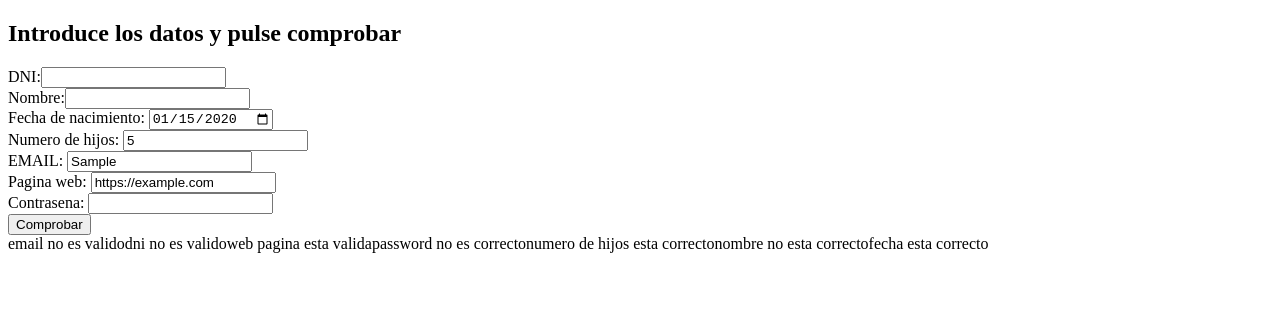
Repository: KoTvTrysaX01/2DAW-Desarrollo-WEB-en-Entorno-Cliente
Page: JAVASCRIPT/UD2/practica5/Actividad1/index.html
These files come from the project's save history. The page is drawn as it stood at one moment and after a run of saves; the edit follows.
The browser window is 1280 px wide. The pictures show the whole page.
Empty fields were first filled with sample values (such as "Sample", 5 or name@example.com).
After loading, the first visible `#registartionForm` was submitted once.

Above is the page before, as saved 2025-11-01 16:52:54.

### JAVASCRIPT/UD2/practica5/Actividad1/index.html
<!DOCTYPE html>
<html>
  <body>
    <h2>Introduce los datos y pulse comprobar</h2>
    <form id = "registartionForm" name="form1" method="post" action="" target=" _blank">
        DNI:<input id="dni" type="text" name="dni" ><br>
        Nombre:<input id="nombre" type="text" name="nombre" ><br>
        Fecha de nacimiento: <input id="fecha" type="date" name="fecha" ><br>
        Numero de hijos: <input type="number" name="hijos" id = "hijos" min = "0"><br>
        EMAIL: <input id = "email" type="text" name="email" ><br>
        Pagina web: <input type="url" name="web" id = "pagina" placeholder="http://www.ejemplo.com" required><br>
        Contrasena: <input type="text" name="contrasena" id = "password" ><br>
        <input type="submit" value = "Comprobar">
    </form>


    <div id="errorMessages"></div>
    <script src="script.js"></script>
  </body>
</html>

### JAVASCRIPT/UD2/practica5/Actividad1/script.js
let form = document.getElementById("registartionForm");
let emailInput = document.getElementById("email");
let error = document.getElementById("errorMessages");
let dni = document.getElementById("dni")
let passw = document.getElementById("password")
let web = document.getElementById("pagina")
let hijos = document.getElementById("hijos")
let nombreInput = document.getElementById("nombre")
let fecha = document.getElementById("fecha")
form.addEventListener("submit", (e) => {
  e.preventDefault();
  const emailForm = emailInput.value.trim();
  const password = passw.value.trim()
  function validEmail(emailForm) {
    return /^[a-z]*[@]{1}[a-z]*[\.]{1}[a-z]{2,3}$/g.test(emailForm);

  }
    function esValido(emailForm) {
      if (validEmail(emailForm)) {
        error.innerHTML = "email  e valido";
      } else {
        error.innerHTML = "email no es valido";
      }
    }
    esValido(emailForm);

    function validarDni(dni) {

      return /^[XYZ]?\d{5,8}[TRWAGMYFPDXBNJZSQVHLCKET]$/.test(dni)
    }
    function esValidoDni() {
      const valor = dni.value.trim();
      if (validarDni(valor)) {
        error.innerHTML += "dni es valido"
      } else {
        error.innerHTML += "dni no es valido"
        dni.value = ""
      }
    }
    esValidoDni()

    function validWeb(url) {
          return /^https?:\/\/(?:www\.)?[a-zA-Z0-9\-]+\.[a-zA-Z]{2,}(?:\/.*)?$/.test(url);
        }
    function esValidoWeb() {
      const urlvalid = web.value.trim()
      if(validWeb(urlvalid)) {
        error.innerHTML +="web pagina esta valida"
      } else {
        error.innerHTML += "web pagina no esta valida"
        web.value = " "

      }
    }
    esValidoWeb()

     function validarContrasena(passwor) {
      var p = passwor.length
      if(p <8 && p >10) {
        error.innerHTML += "password es correcto<br>"
      } else {
         error.innerHTML += "password  no es correcto"
         passw.value = ""
      }
     }
     validarContrasena(password)

     function validHijos(hijos) {
      if(hijos.value.length >=0 || hijos.value.length <= 10) {
         error.innerHTML += "numero de hijos esta correcto"
      } else {
         error.innerHTML += "numero de hijos no esta correcto"
         hijos.value = ""
      }
     }
     validHijos(hijos)
    const nom = nombreInput.value.trim()
     function validNombre(nombres) {
      return /^[a-zA-ZáéíóúÁÉÍÓÚñÑ]{2,40}( [a-zA-ZáéíóúÁÉÍÓÚñÑ]{2,40}){1,3}$/.test(nombres)
     }
     function isvalidNombre(nombres){
      if(validNombre(nombres)) {
         error.innerHTML += "nombre esta correcto"
      } else {
         error.innerHTML += "nombre no esta correcto"
         nombreInput.value = ""
      }
      }
     isvalidNombre(nom)

     const fechaValor = fecha.value.trim();

     function validFecha(fecha) {
          return /^(19|20)\d{2}-(0[1-9]|1[0-2])-(0[1-9]|[12]\d|3[01])$/.test(fecha)
     }
     function esValidFecha(fecha) {
      if (validFecha(fecha)) {
         error.innerHTML += "fecha esta correcto"
      } else {
         error.innerHTML += "fecha no esta correcto"
         fecha.value= ""
      }
     }
     console.log(fechaValor)

     esValidFecha(fechaValor)


});

After the next 2 saves:
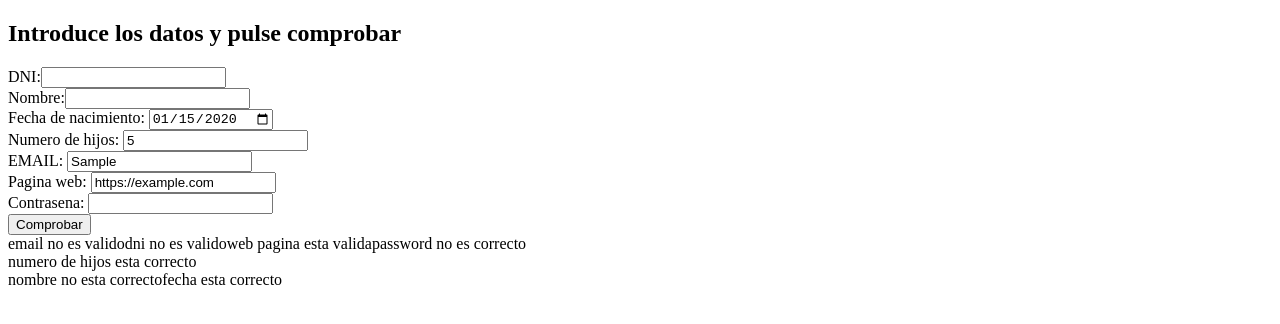
The 2 saves are shown as one change because they came seconds apart.
The last was saved 8 s later.
--- a/JAVASCRIPT/UD2/practica5/Actividad1/script.js
+++ b/JAVASCRIPT/UD2/practica5/Actividad1/script.js
@@ -59,7 +59,7 @@ form.addEventListener("submit", (e) => {
       if(p <8 && p >10) {
         error.innerHTML += "password es correcto<br>"
       } else {
-         error.innerHTML += "password  no es correcto"
+         error.innerHTML += "password  no es correcto<br>"
          passw.value = ""
       }
      }
@@ -67,7 +67,7 @@ form.addEventListener("submit", (e) => {
 
      function validHijos(hijos) {
       if(hijos.value.length >=0 || hijos.value.length <= 10) {
-         error.innerHTML += "numero de hijos esta correcto"
+         error.innerHTML += "numero de hijos esta correcto<br>"
       } else {
          error.innerHTML += "numero de hijos no esta correcto"
          hijos.value = ""
